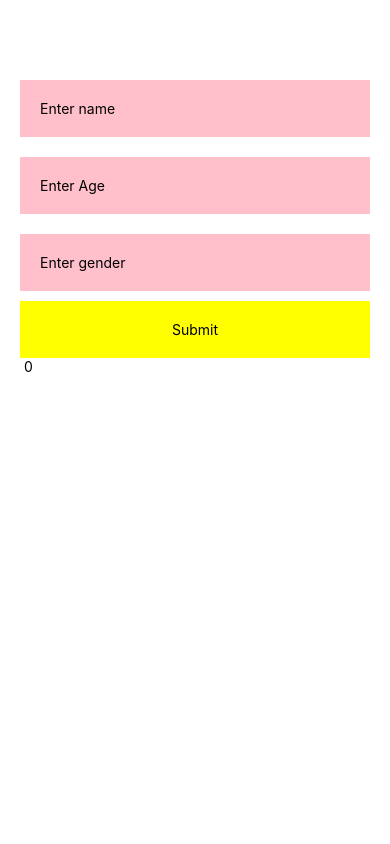
Repository: akinmiday/ReactNativeApp
Screen: /
These files come from the project's save history. The screen is drawn as it stood at one moment and after the next save; the edit follows.
The app was drawn by React Native's web renderer in a window 390 px wide. The project was rebuilt for these pictures with package versions that can differ from the ones it lists, and the page was loaded fresh each time.

Above is the screen before, as saved 2023-08-03 18:16:44.

After the next save:
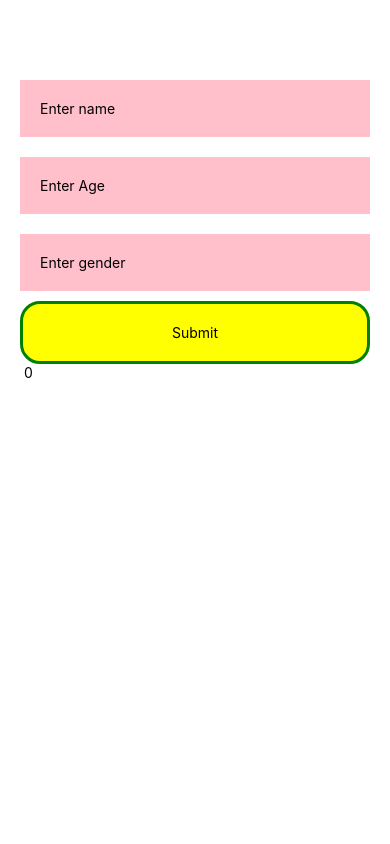
Saved 41 s later.
--- a/styles.js
+++ b/styles.js
@@ -17,6 +17,9 @@ const styles = StyleSheet.create({
     padding: 20,
     marginTop: 10,
     alignItems: "center",
+    borderWidth: 3,
+    borderColor: "green",
+    borderRadius: 20,
   },
 });
 
